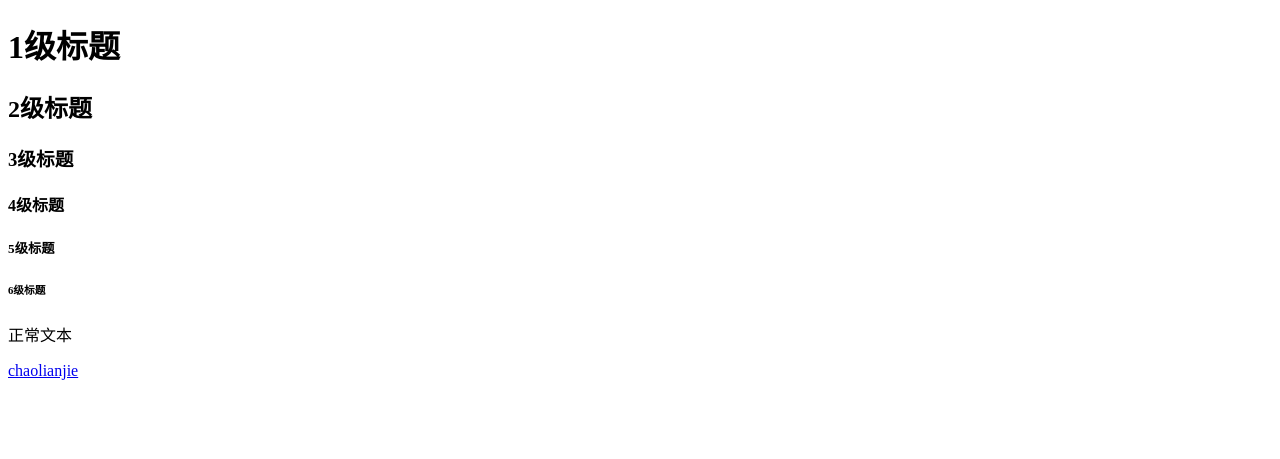
Repository: SharkPem/WebLearn
Page: demo/Test.html
An editor plug-in stored every save of this project. The page is shown before and after the next save, followed by the edit.
The browser window is 1280 px wide. The pictures show the whole page.

Above is the page before, as saved 2022-03-17 16:23:25.

### demo/Test.html
<!DOCTYPE html>
<html lang="zh-CN">

<head>
    <meta charset="UTF-8">
    <meta http-equiv="X-UA-Compatible" content="IE=edge">
    <!-- meta http-equiv="refresh" content="6;url=https://www.baidu.com"/-->
    <meta name="viewport" content="width=device-width, initial-scale=1.0">
    <meta name="keywords" content="中文备注"/>
    <title>Pem </title>

</head>

<body>
    <h1>1级标题</h1>
    <h2>2级标题</h2>
    <h3>3级标题</h3>
    <h4>4级标题</h4>
    <h5>5级标题</h5>
    <h6>6级标题</h6>
    <p>正常文本</p>
    <a href="https://www.baidu.com">chaolianjie</a>
</body>

</html>

After the next save:
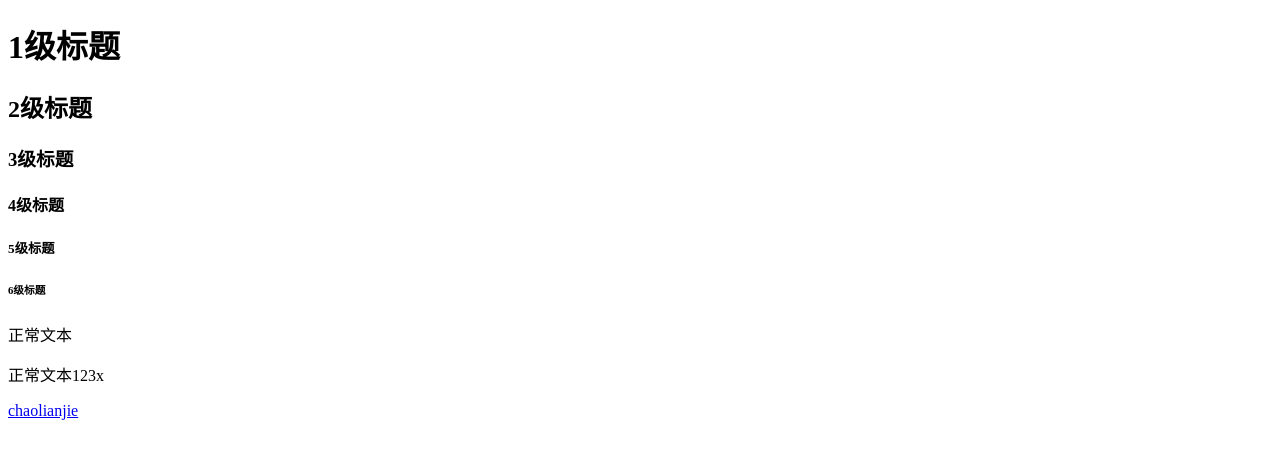
Saved 5 min 15 s later.
--- a/demo/Test.html
+++ b/demo/Test.html
@@ -19,6 +19,7 @@
     <h5>5级标题</h5>
     <h6>6级标题</h6>
     <p>正常文本</p>
+    <p>正常文本123x</p>
     <a href="https://www.baidu.com">chaolianjie</a>
 </body>
 
